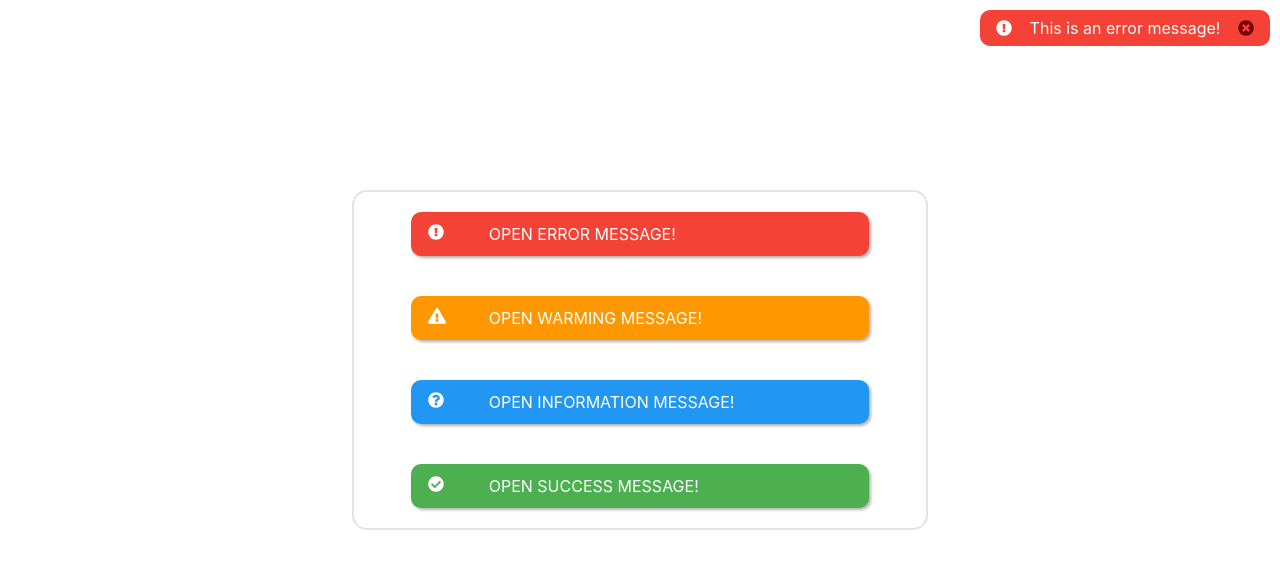
Repository: KrzysKolo/sr_tydzien5_zad2
Page: /, after clicking the first element matching `div.btn`
The author's editor kept a copy of each file at every save. The page is drawn from the files as they stood at one save, then again after the next save.
The browser window is 1280 px wide. The pictures show the whole page.
The project was rebuilt for these pictures with package versions that can differ from the ones it lists, and the page was loaded fresh each time.

Above is the page before, as saved 2020-12-28 05:58:59.

After the next save:
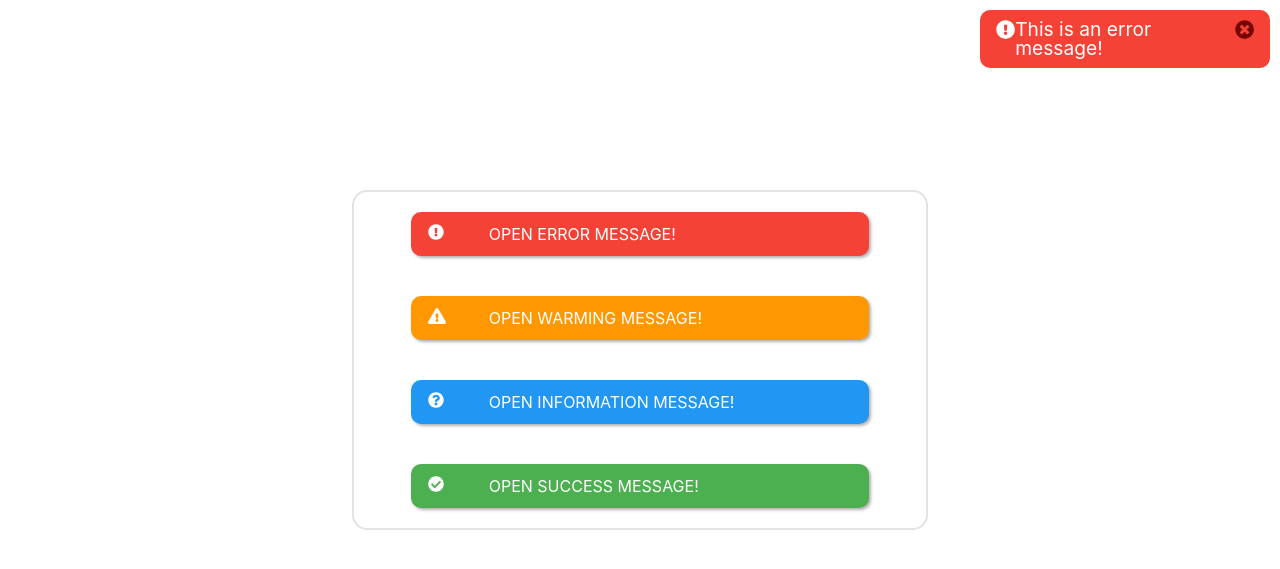
Saved 79 s later.
--- a/src/App.css
+++ b/src/App.css
@@ -33,7 +33,7 @@ body {
   transition: all 0.3s ease-in-out;
 }
 .snackbar {
-  font-size: 1rem;
+  font-size: 1.2rem;
   padding: 10px 16px;
   border-radius: 10px;
   width: 20%;
@@ -41,7 +41,7 @@ body {
   display: flex;
   flex-direction: row;
   justify-content: space-between;
-  line-height: 1rem;
+  line-height: 1.2rem;
 }
 .error {
   color: white;
